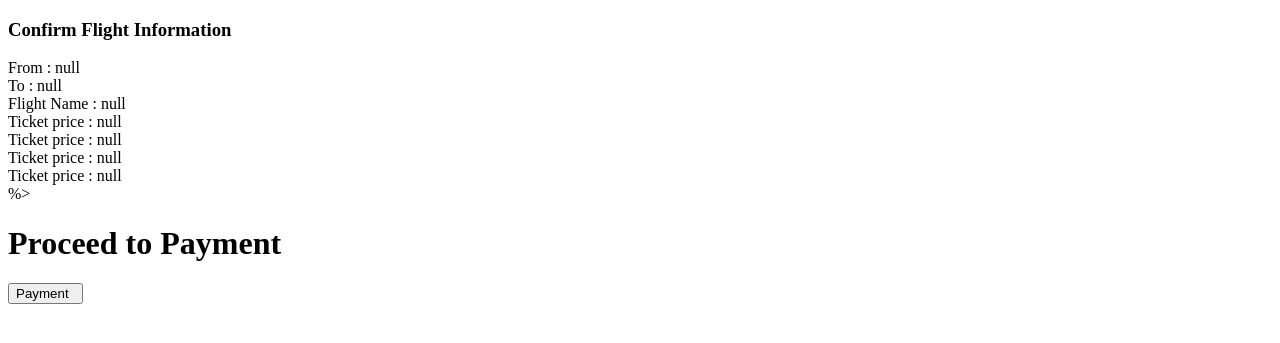
Repository: Shivani2392/FlyAwayProject
Page: http://localhost/FlightBookingPortal/BookFlight.jsp
An editor plug-in stored every save of this project. The page is shown before and after the next save, followed by the edit.
The browser window is 1280 px wide. The pictures show the whole page.
The page is served by Tomcat 9. Other server files are loaded and not shown.

Above is the page before, as saved 2020-11-21 06:46:18.

### FlightBookingPortal/src/main/webapp/BookFlight.jsp
<%@ page language="java" contentType="text/html; charset=ISO-8859-1"
    pageEncoding="ISO-8859-1"%>
<!DOCTYPE html>
<html>
<head>
<meta charset="ISO-8859-1">
<title>Flight Details</title>
</head>
<body>
<h3>Confirm Flight Information</h3>
<%
out.println("From : ");
out.println(request.getParameter("source"));
%>
<br>
<%
out.println("To : ");
out.println(request.getParameter("dest"));
%>
<br>
<%
out.println("Flight Name : ");
out.println(request.getParameter("name"));
%>
<br>
<%
out.println("Ticket price : ");
out.println(request.getParameter("price"));
%>
<br>
<%
out.println("Ticket price : ");
out.println(request.getParameter("price"));
%>
<br>
<%
out.println("Ticket price : ");
out.println(request.getParameter("price"));
%>
<br>
<%
out.println("Ticket price : ");
out.println(request.getParameter("price"));
%>
<br>
%>



<h1>Proceed to Payment</h1>
<input type="submit" value="Payment	" name="Payment"></input>
</body>
</html>

After the next save:
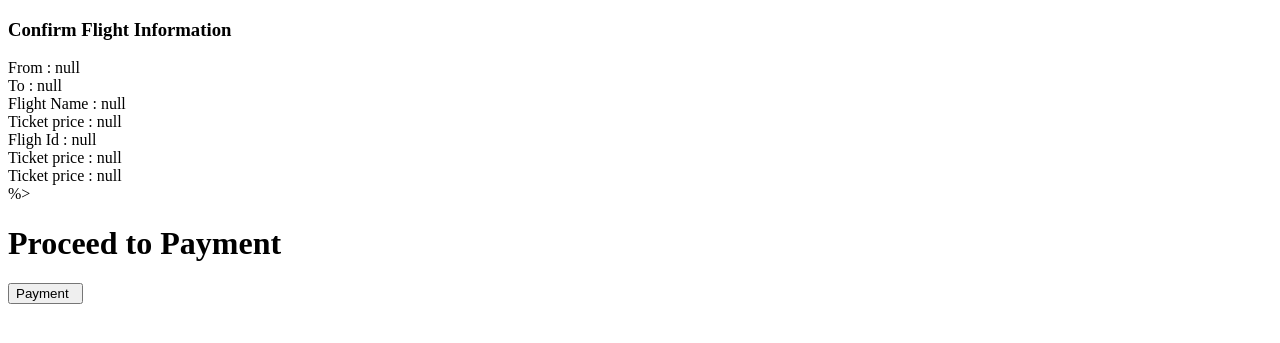
Saved 11 s later.
--- a/FlightBookingPortal/src/main/webapp/BookFlight.jsp
+++ b/FlightBookingPortal/src/main/webapp/BookFlight.jsp
@@ -29,8 +29,8 @@ out.println(request.getParameter("price"));
 %>
 <br>
 <%
-out.println("Ticket price : ");
-out.println(request.getParameter("price"));
+out.println("Fligh Id : ");
+out.println(request.getParameter("id"));
 %>
 <br>
 <%
